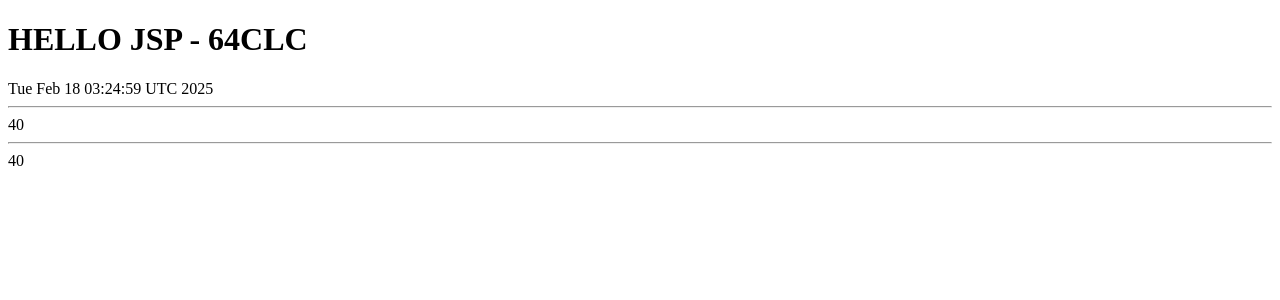
Repository: giakhiem2911/64131000_Web2
Page: http://localhost/HelloJSP/HelloExpression.jsp
The author's editor kept a copy of each file at every save. The page is drawn from the files as they stood at one save, then again after the next save.
The browser window is 1280 px wide. The pictures show the whole page.
The page is served by Tomcat 9.

Above is the page before, as saved 2025-02-18 12:31:55.

After the next save:
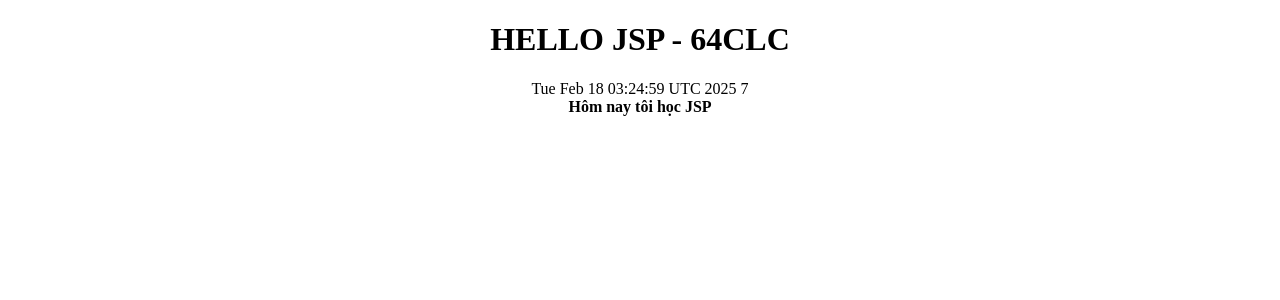
Saved 2 days later.
--- a/HelloJSP/src/main/webapp/HelloExpression.jsp
+++ b/HelloJSP/src/main/webapp/HelloExpression.jsp
@@ -8,15 +8,11 @@
 <title>Hello JSP Example</title>
 </head>
 <body>
-<h1>HELLO JSP - 64CLC</h1>
-<%= new Date().toString() %>
-<%
-	int x = 15;
-	int y = x + 25;
-%>
-<hr>
-<%=y%>
-<hr>
-<% out.print(y); %>
+	<center>
+		<h1>HELLO JSP - 64CLC</h1>
+		<%= new Date().toString() %>
+		<%= 2+5 %>
+		<%="<br><b>Hôm nay tôi học JSP</b>" %>
+	</center>
 </body>
 </html>
